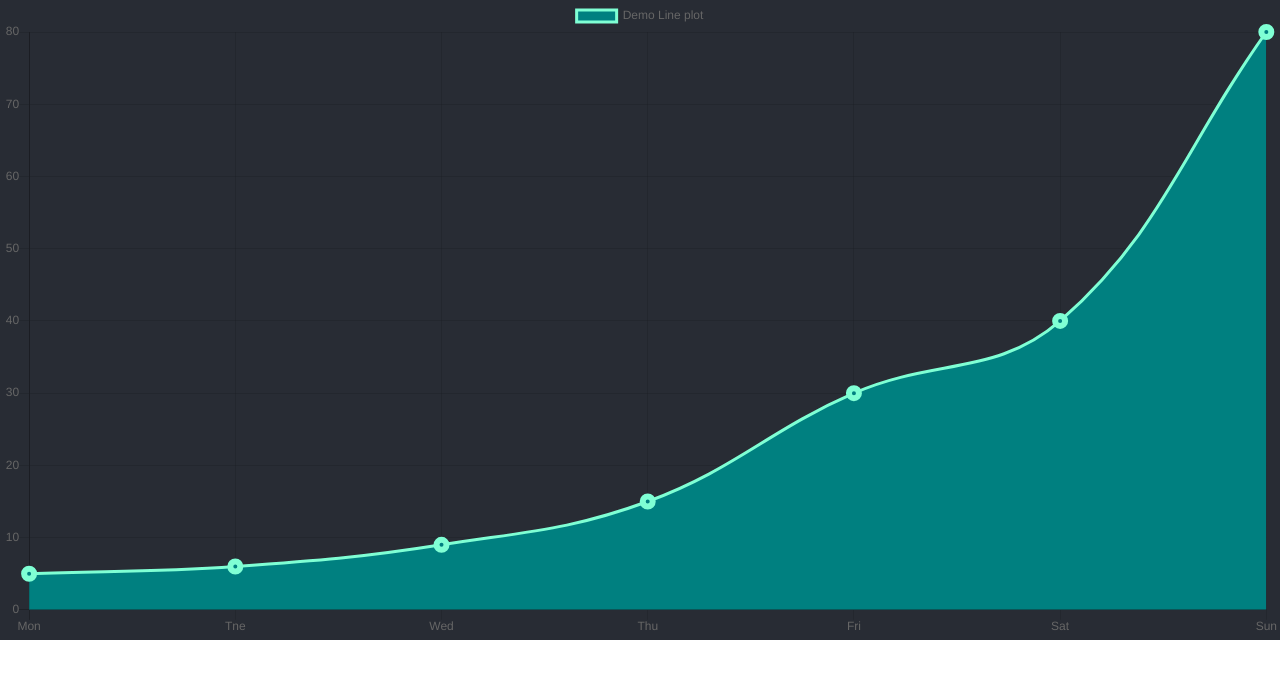
Repository: ShunsukeTanizaki/COVID19-Live
Page: /
These files come from the project's save history. The page is drawn as it stood at one moment and after the next save; the edit follows.
The browser window is 1280 px wide. The pictures show the whole page.
The project was rebuilt for these pictures with package versions that can differ from the ones it lists, and the page was loaded fresh each time.

Above is the page before, as saved 2020-11-04 23:41:46.

After the next save:
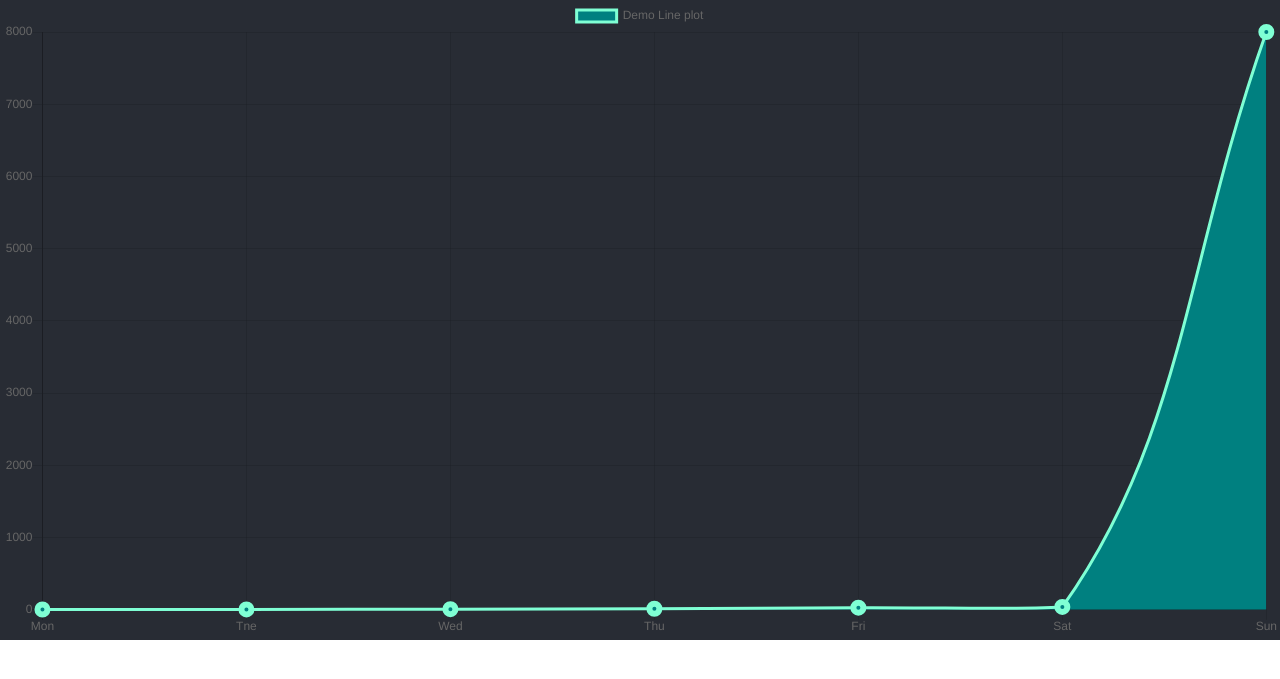
Saved 13 s later.
--- a/src/components/LinePlot.tsx
+++ b/src/components/LinePlot.tsx
@@ -9,7 +9,7 @@
             backgroundColor: "#008080",
             borderColor: "#7fffd4",
             pointBorderWidth: 10,
-            data: [5, 6, 9, 15, 30, 40, 80]
+            data: [5, 6, 9, 15, 30, 40, 8000]
         }
     ]
 };

After the save that followed:
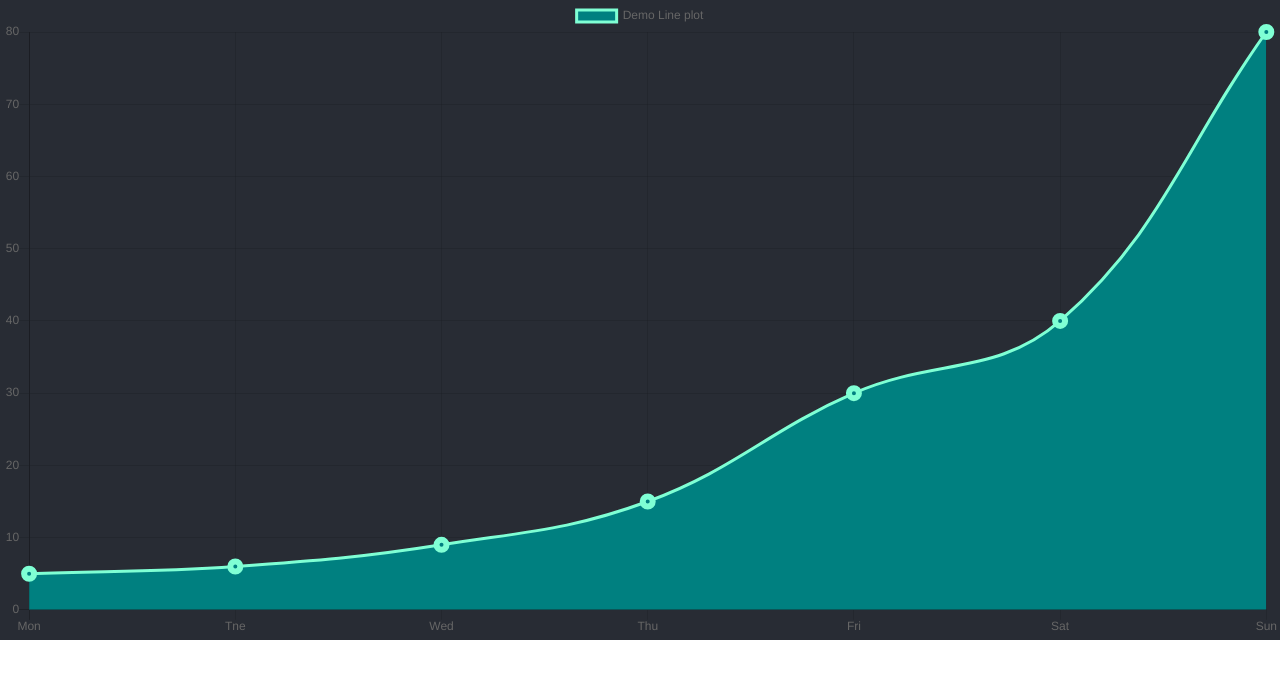
Saved 6 s later.
--- a/src/components/LinePlot.tsx
+++ b/src/components/LinePlot.tsx
@@ -9,7 +9,7 @@
             backgroundColor: "#008080",
             borderColor: "#7fffd4",
             pointBorderWidth: 10,
-            data: [5, 6, 9, 15, 30, 40, 8000]
+            data: [5, 6, 9, 15, 30, 40, 80]
         }
     ]
 };
